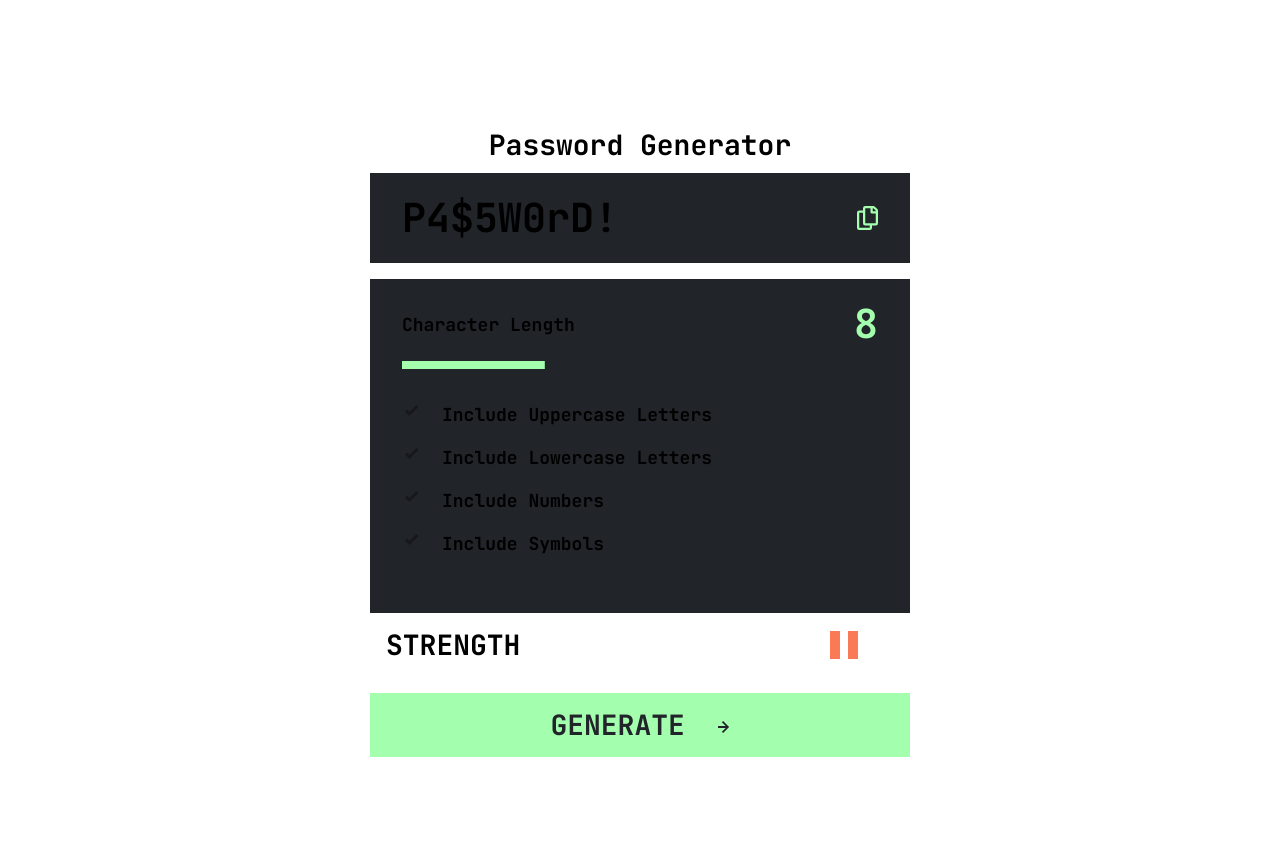
Repository: blordeus/password-generator-app
Page: starter-code/index.html
These files come from the project's save history. The page is drawn as it stood at one moment and after the next save; the edit follows.
The browser window is 1280 px wide. The pictures show the whole page.

Above is the page before, as saved 2023-10-05 20:39:28.

After the next save:
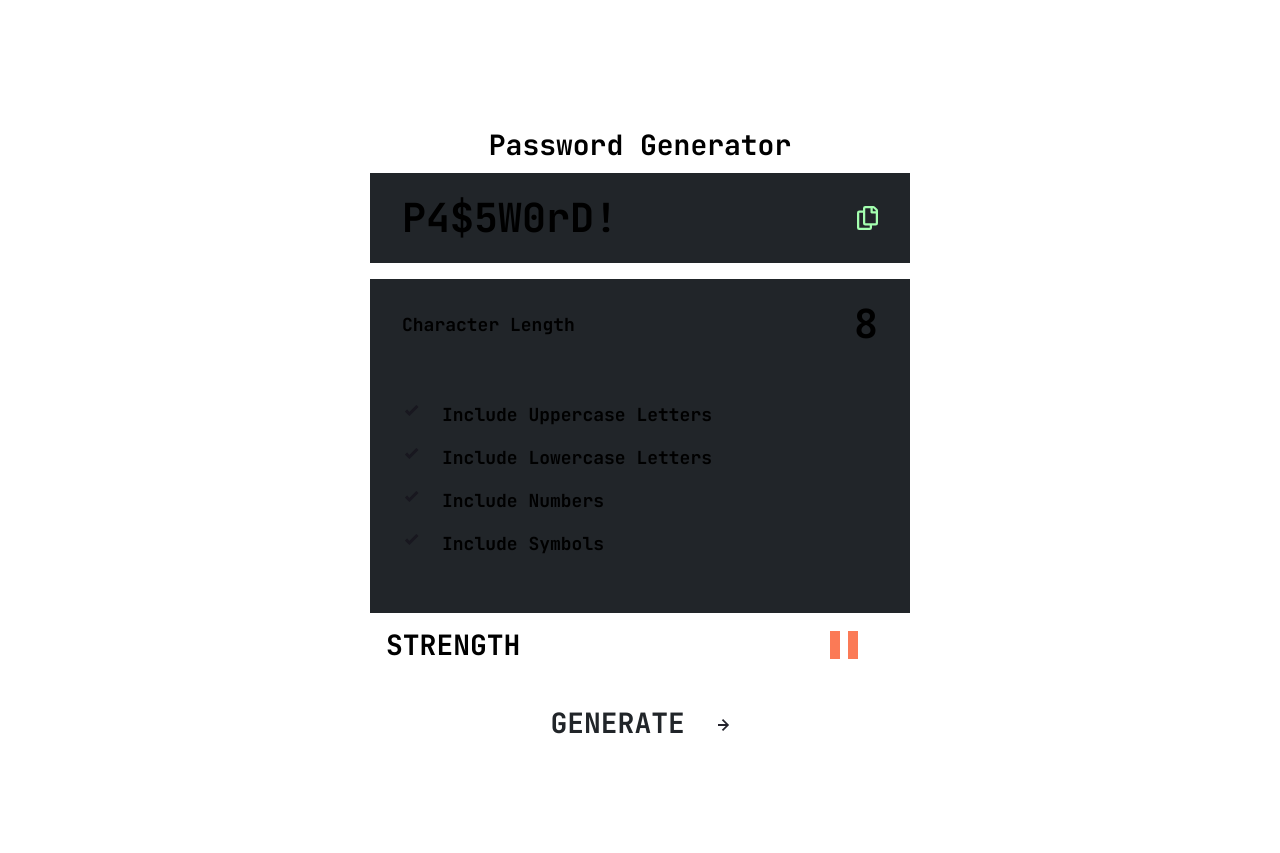
Saved 4 s later.
--- a/starter-code/assets/style.css
+++ b/starter-code/assets/style.css
@@ -8,7 +8,7 @@
     --clr-grey: hsl(251 9% 53%);
     --clr-almostWhite: hsl(252 11% 91%);
     --clr-veryDarkGrey: (248 15% 11%);
-    --clr-neonGreen: 127 100% 82%;
+    --clr-neonGreen: (127 100% 82%);
     --clr-red: 0 91% 63%;
     --clr-orange: 13 95% 66%;
     --clr-yellow: 42 91% 68%;
